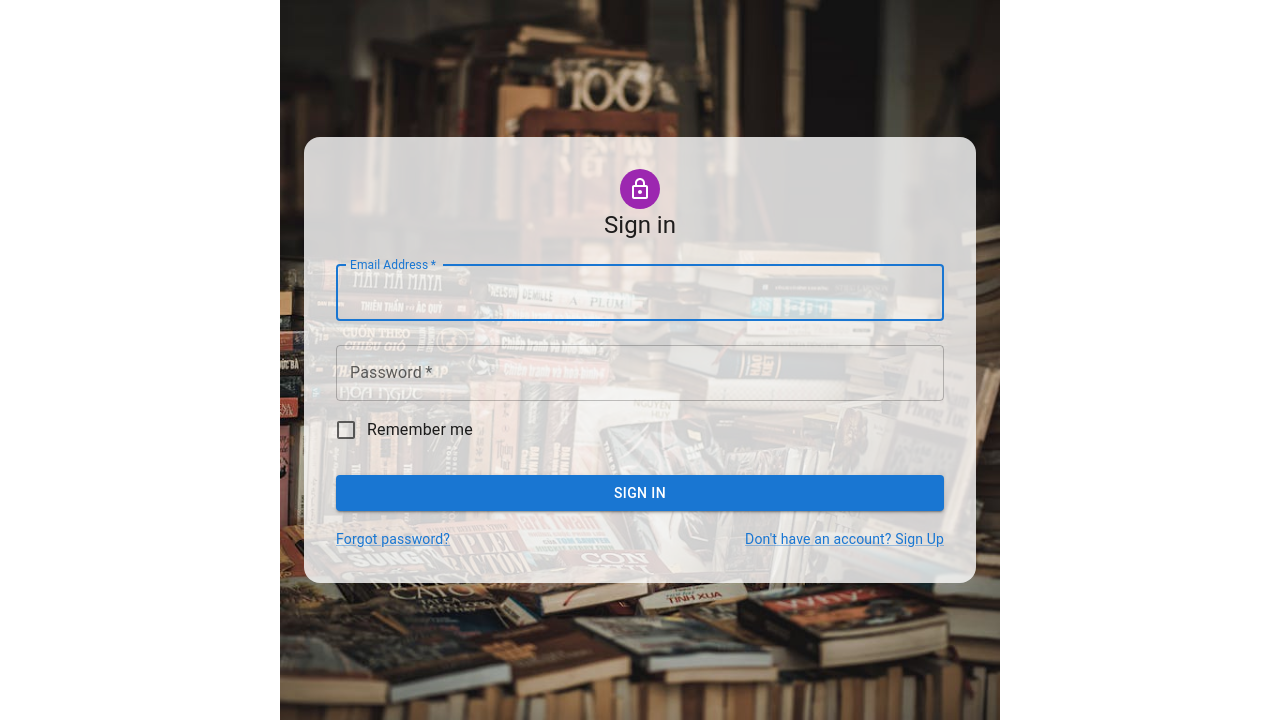
Repository: Milith97/Book-Borrowing-System
Page: /
These files come from the project's save history. The page is drawn as it stood at one moment and after the next save; the edit follows.
The browser window is 1280 px wide. The pictures show the whole page.
The project was rebuilt for these pictures with package versions that can differ from the ones it lists, and the page was loaded fresh each time. Also part of the build but not shown: vite.config.js, src/Componnts/SignUp.jsx, src/index.css.

Above is the page before, as saved 2024-03-25 13:45:15.

### src/App.jsx
import React from 'react';
import { BrowserRouter as Router, Route, Routes, Navigate } from 'react-router-dom';
import SignIn from './Componnts/SignIn';
import SignUp from './Componnts/SignUp';

function App() {
  return (
    <Router>
      <Routes>
        <Route path="/" element={<Navigate replace to="/signin" />} />
        <Route path="/signin" element={<SignIn />} />
        <Route path="/signup" element={<SignUp />} />
        {/* Redirects any other path to /signin */}
        <Route path="*" element={<Navigate replace to="/signin" />} />
      </Routes>
    </Router>
  );
}

export default App;

### src/Componnts/SignIn.jsx
import React from 'react';
import { Link as RouterLink } from 'react-router-dom';
import Avatar from '@mui/material/Avatar';
import Button from '@mui/material/Button';
import CssBaseline from '@mui/material/CssBaseline';
import TextField from '@mui/material/TextField';
import FormControlLabel from '@mui/material/FormControlLabel';
import Checkbox from '@mui/material/Checkbox';
import Link from '@mui/material/Link';
import Grid from '@mui/material/Grid';
import Box from '@mui/material/Box';
import LockOutlinedIcon from '@mui/icons-material/LockOutlined';
import Typography from '@mui/material/Typography';
import Container from '@mui/material/Container';
import { createTheme, ThemeProvider } from '@mui/material/styles';

// Import your image
import signInImage from '../assets/img/signin.jpg';

const defaultTheme = createTheme();

export default function SignIn() {
  return (
    <ThemeProvider theme={defaultTheme}>
      <Container
        component="main"
        maxWidth="sm"
        sx={{
          backgroundImage: `url(${signInImage})`,
          backgroundSize: 'cover',
          backgroundPosition: 'center',
          minHeight: '100vh',
          minWidth: '100vh',
          display: 'flex',
          alignItems: 'center',
          justifyContent: 'center',
        }}
      >
        <CssBaseline />
        <Box sx={{ bgcolor: 'rgba(255, 255, 255, 0.8)', p: 4, borderRadius: 4, minWidth: 300 }}>
          <Avatar sx={{ m: 1, bgcolor: 'secondary.main', margin: 'auto' }}>
            <LockOutlinedIcon />
          </Avatar>
          <Typography component="h1" variant="h5" align="center">
            Sign in
          </Typography>
          <Box component="form" noValidate sx={{ mt: 1 }}>
            <TextField
              margin="normal"
              required
              fullWidth
              id="email"
              label="Email Address"
              name="email"
              autoComplete="email"
              autoFocus
            />
            <TextField
              margin="normal"
              required
              fullWidth
              name="password"
              label="Password"
              type="password"
              id="password"
              autoComplete="current-password"
            />
            <FormControlLabel
              control={<Checkbox value="remember" color="primary" />}
              label="Remember me"
            />
            <Button
              type="submit"
              fullWidth
              variant="contained"
              sx={{ mt: 3, mb: 2 }}
            >
              Sign In
            </Button>
            <Grid container>
              <Grid item xs>
                <Link component={RouterLink} to="#" variant="body2">
                  Forgot password?
                </Link>
              </Grid>
              <Grid item>
                <Link component={RouterLink} to="/signup" variant="body2">
                  {"Don't have an account? Sign Up"}
                </Link>
              </Grid>
            </Grid>
          </Box>
        </Box>
      </Container>
    </ThemeProvider>
  );
}

Loaded but not shown: index.html (common file); src/main.jsx (common file)

After the next save:
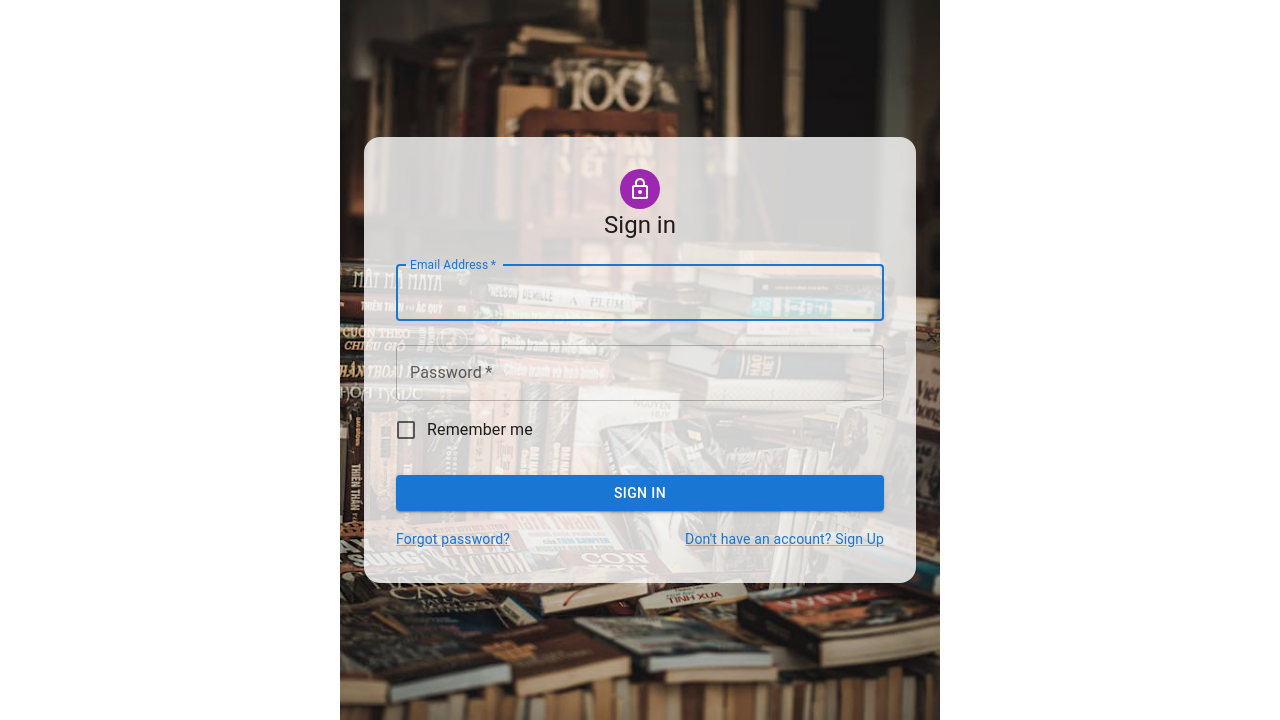
Saved 7 s later.
--- a/src/Componnts/SignIn.jsx
+++ b/src/Componnts/SignIn.jsx
@@ -30,7 +30,7 @@ export default function SignIn() {
           backgroundSize: 'cover',
           backgroundPosition: 'center',
           minHeight: '100vh',
-          minWidth: '100vh',
+
           display: 'flex',
           alignItems: 'center',
           justifyContent: 'center',
